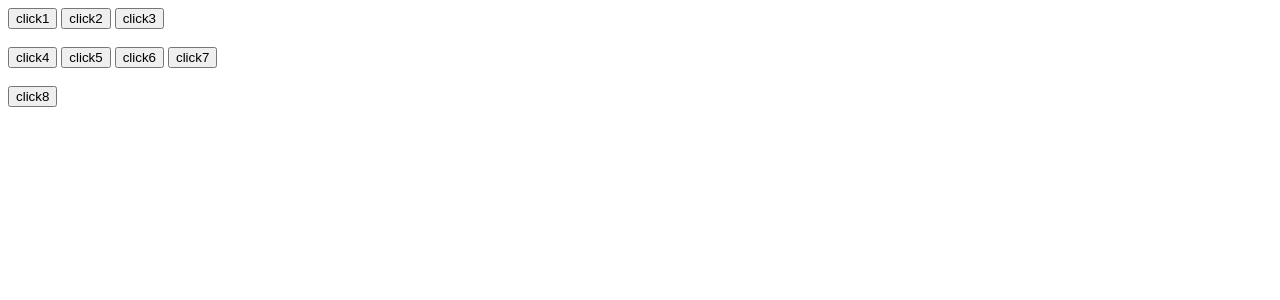
Repository: yhj4130/JsonStudy
Page: JsonApp01/WebContent/JsonTest11.html
These files come from the project's save history. The page is drawn as it stood at one moment and after the next save; the edit follows.
The browser window is 1280 px wide. The pictures show the whole page.

Above is the page before, as saved 2019-06-03 00:10:50.
Console error (its wording comes from the project's code and is left out).

### JsonApp01/WebContent/JsonTest11.html
<script type="text/javascript">

	var obj7 =
	{
		/* "test":["ccc", "ddd"], "exam":["kkk", "ppp"] */


		"test" :
		[
			"ccc", "ddd"
		],
		"exam" :
		[
			"kkk", "ppp"
		]

	}

</script>

<form>

	<input type="button" value="click1" onclick="alert(typeof obj7)">
	<!-- object -->
	<input type="button" value="click2" onclick="alert(typeof obj7.test)">
	<!-- object -->
	<input type="button" value="click3" onclick="alert(typeof obj7.exam)">
	<!-- object -->

	<br><br>

	<input type="button" value="click4" onclick="alert(obj7.test[0])">
	<!-- ccc -->
	<input type="button" value="click5" onclick="alert(obj7.test[1])">
	<!-- ddd -->
	<input type="button" value="click6" onclick="alert(obj7.exam[0])">
	<!-- kkk -->
	<input type="button" value="click7" onclick="alert(obj7.exam[1])">
	<!-- ppp -->

	<br><br>

	<input type="button" value="click8" onclick="alert(obj7.[0][0])">

</form>

After the next save:
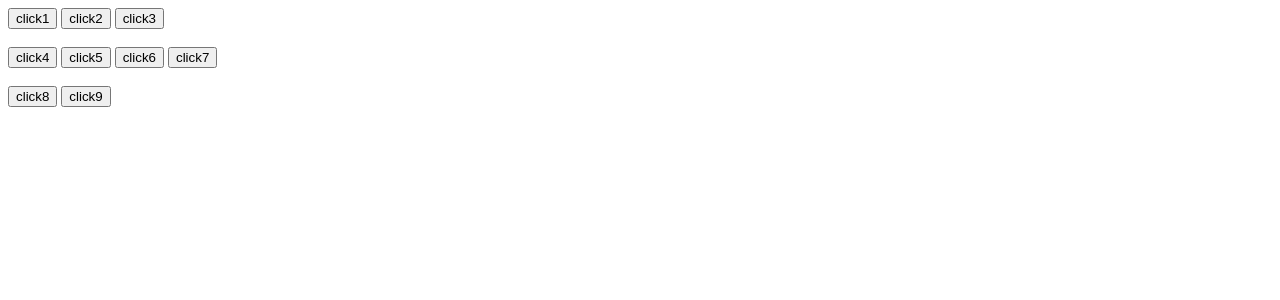
Saved 13 s later.
--- a/JsonApp01/WebContent/JsonTest11.html
+++ b/JsonApp01/WebContent/JsonTest11.html
@@ -41,5 +41,6 @@
 	<br><br>
 
 	<input type="button" value="click8" onclick="alert(obj7.[0][0])">
+	<input type="button" value="click9" onclick="alert(obj7.[0][1])">
 
 </form>
